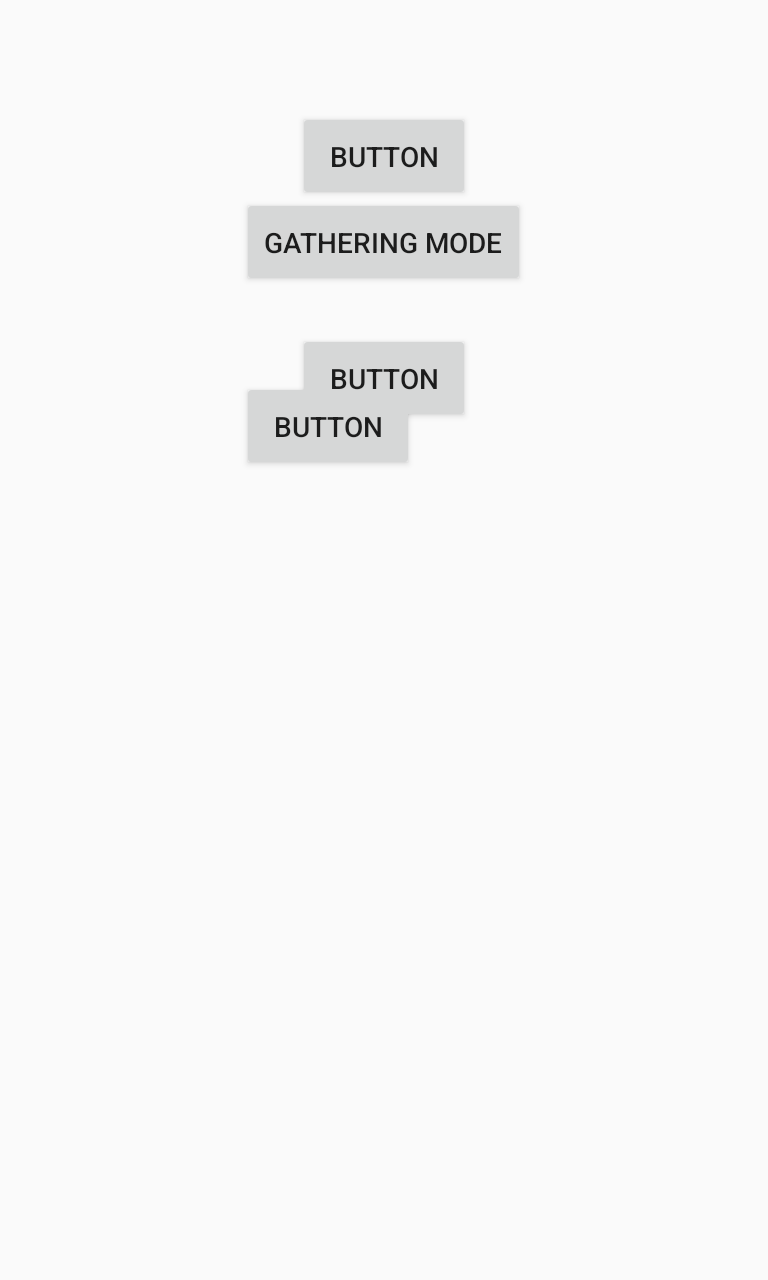
Repository: LogInc/oscar_app
Layout: Android/Oscar/res/layout/activity_modes.xml
These files come from the project's save history. The layout is drawn as it stood at one moment and after the next save; the edit follows.
It is drawn on a 768 x 1280 px phone screen (xhdpi) without system bars, with theme AppTheme; the app's code is not run.

Above is the layout before, as saved 2015-02-19 14:12:48.

After the next save:
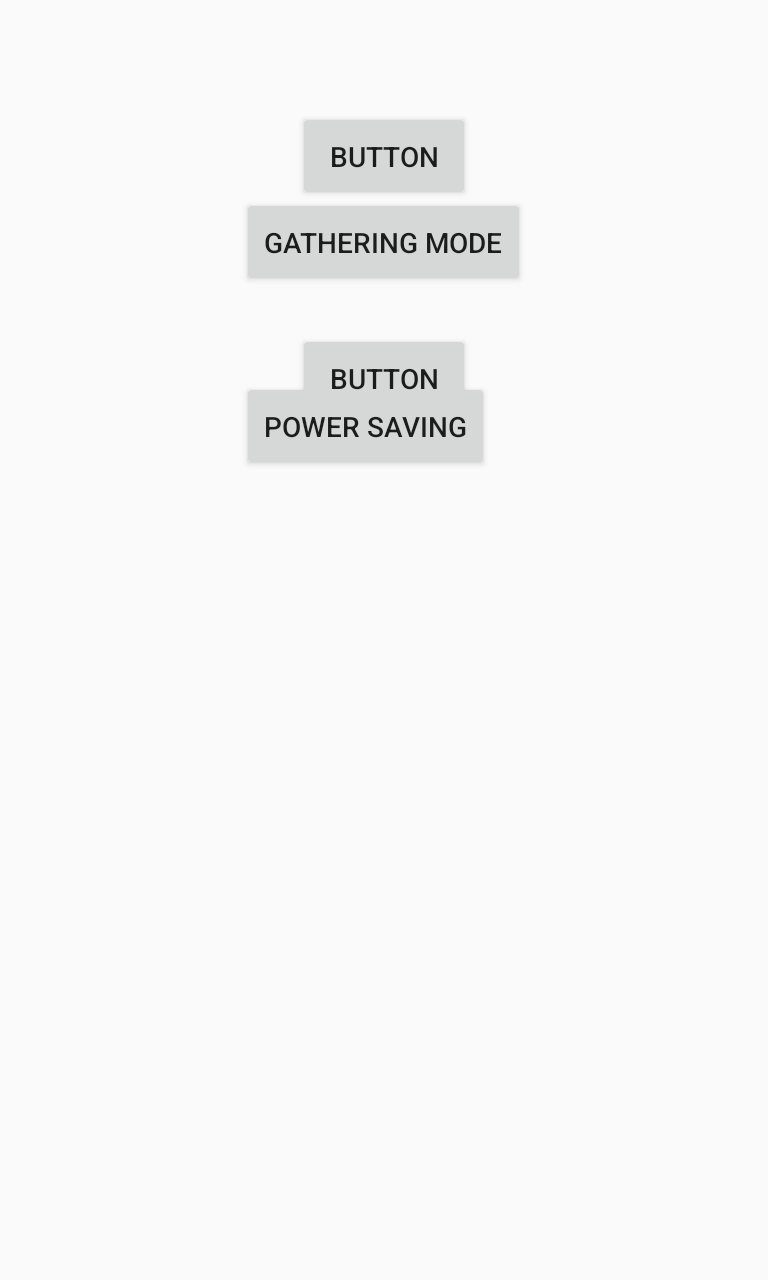
Saved 14 s later.
--- a/Android/Oscar/res/layout/activity_modes.xml
+++ b/Android/Oscar/res/layout/activity_modes.xml
@@ -20,7 +20,7 @@
         android:layout_alignLeft="@+id/gMode"
         android:layout_below="@+id/gMode"
         android:layout_marginTop="44dp"
-        android:text="Button" />
+        android:text="@string/Power" />
 
     <Button
         android:id="@+id/button3"
